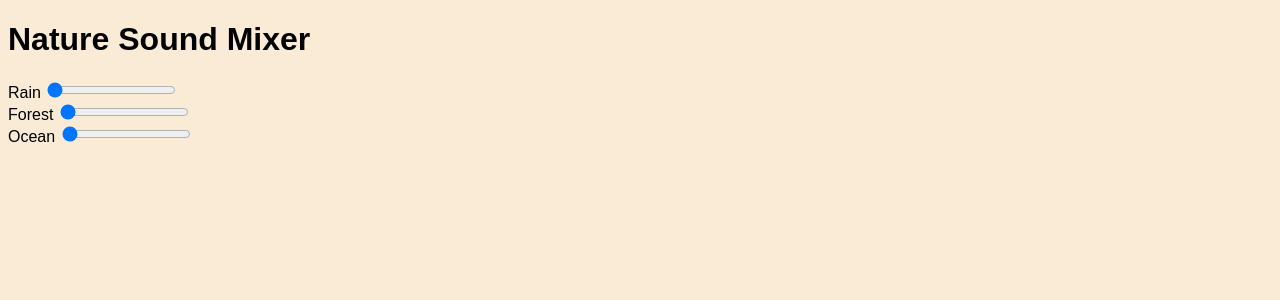
Repository: Suonii/nature-sound-mixer
Page: index.html
The author's editor kept a copy of each file at every save. The page is drawn from the files as they stood at one save, then again after a run of saves.
The browser window is 1280 px wide. The pictures show the whole page.

Above is the page before, as saved 2024-07-24 09:53:09.

### index.html
<!DOCTYPE html>
<!-- Declares the document type and version of HTML-->
<html lang="en">
<!-- Sets the language attribute to english-->
<head>
    <!--sets the character encoding for the document UTF-8-->
    <meta charset="UTF=8">
    <!--ensures the page is responsive to different screen sizes and sets the viewport(the visible area of a webpage)-->
    <meta name="viewport" content="width=device-width, initial-scale=1.0">
    <!--the title of the webpage, displayed in the browser tab-->
    <title>Nature Sound Mixer</title>
    <!--links to the external css file for styling the webpage-->
    <link rel="stylesheet" href="styles.css">

</head>
<body>
    <!--The main container for te content of the web page-->
    <div class="container">
        <!--header title for the nature sound mixer-->
        <h1>Nature Sound Mixer</h1>

        <!--sound control section for rain sound-->
        <div class="sound control" id="rain">
            <!--label for the rain volume slider-->
            <label for="rain-slider">Rain</label>
            <!--Range input slider for controlling rain sound volume-->
            <input type="range" min="0" max="1" step="0.01" value="0" class="volume-slider" id="rain-slider">
    </div>

    <!--sound control section for forest sound-->
    <div class="sound-control" id="forest">
        <!--label for the forest volume slider-->
        <label for="forest-slider">Forest</label>
        <!--Range input slider for controlling forest sound volume -->
        <input type="range" min="0" max="1" step="0.01" value="0" class="volume-slider" id="forest-slider">
    </div>

    <!--sound control section for ocean sound-->
    <div class=" sound-control" id="ocean">
        <!--label for the volume slider-->
        <label for="ocean-slider">Ocean</label>
        <!--range input slider for controlling ocean sound volume-->
        <input type="range" min="0" max="1" step="0.01" value="0" class="volume-slider" id="ocean-slider">
    </div>
</div>
<!--links to the external javascript file for adding functionality-->
<script src="script.js"></script>
</body>
</html>

### styles.css
/*basic styling for the body element*/
body {
    /*sets the font family for the body text*/
    font-family: Arial, sans-serif;
    /*background color of the page*/
    background-color:antiquewhite
}

Loaded but not shown: script.js (no copy from this time; the picture is the same without it)

After the next 6 saves:
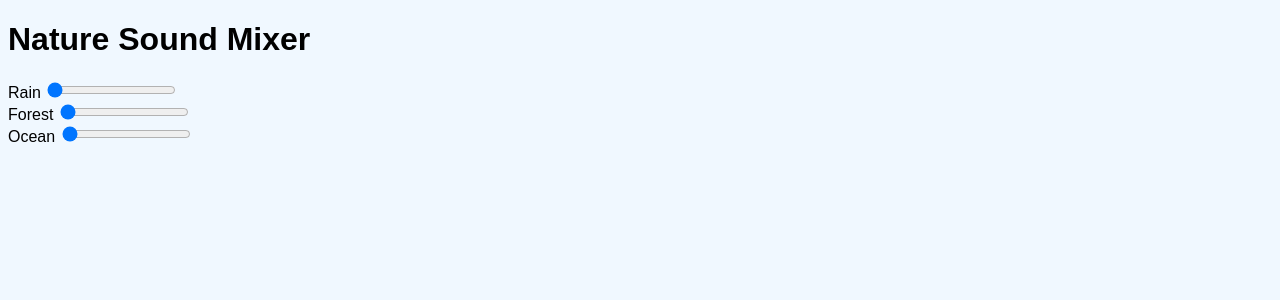
The 6 saves are shown as one change because they came seconds apart.
The last was saved 16 s later.
--- a/styles.css
+++ b/styles.css
@@ -3,5 +3,5 @@ body {
     /*sets the font family for the body text*/
     font-family: Arial, sans-serif;
     /*background color of the page*/
-    background-color:antiquewhite
+    background-color: #f0f8ff
 }
